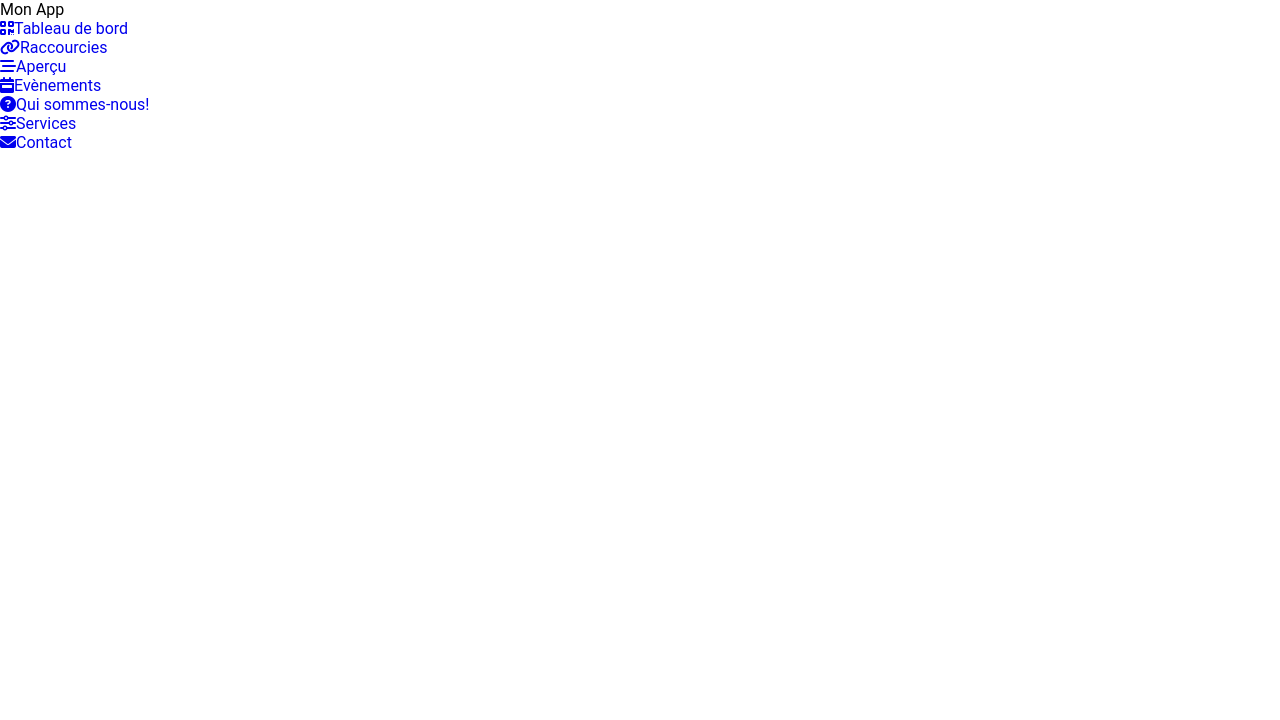
Repository: Alex-Serky/Dossier-Nav
Page: Nav-Sidebar/index.html
These files come from the project's save history. The page is drawn as it stood at one moment and after the next save; the edit follows.
The browser window is 1280 px wide. The pictures show the whole page.
Some web libraries are served in a nearby version.

Above is the page before, as saved 2020-02-21 09:14:42.

### Nav-Sidebar/index.html
<!DOCTYPE html>
<html lang="en">

<head>
    <meta charset="UTF-8">
    <meta name="viewport" content="width=device-width, initial-scale=1.0">
    <meta http-equiv="X-UA-Compatible" content="ie=edge">
    <link rel="stylesheet" href="style.css">
    <script src="https://kit.fontawesome.com/a076d05399.js"></script>
    <title>Menu design</title>
</head>

<body>
    <div class="sidebar">
        <header>Mon App</header>
        <ul>
            <li><a href="#"><i class="fas fa-qrcode"></i>Tableau de bord</a></li>
            <li><a href="#"><i class="fas fa-link"></i>Raccourcies</a></li>
            <li><a href="#"><i class="fas fa-stream"></i>Aperçu</a></li>
            <li><a href="#"><i class="fas fa-calendar-week"></i>Evènements</a></li>
            <li><a href="#"><i class="fas fa-question-circle"></i>Qui sommes-nous!</a></li>
            <li><a href="#"><i class="fas fa-sliders-h"></i>Services</a></li>
            <li><a href="#"><i class="fas fa-envelope"></i>Contact</a></li>
        </ul>
    </div>
</body>

</html>

### Nav-Sidebar/style.css
@import url('https://fonts.googleapis.com/');

body {
  font-family: 'Roboto', sans-serif;
}

* {
  margin: 0;
  padding: 0%;
  list-style: none;
  text-decoration: none;
}

After the next save:
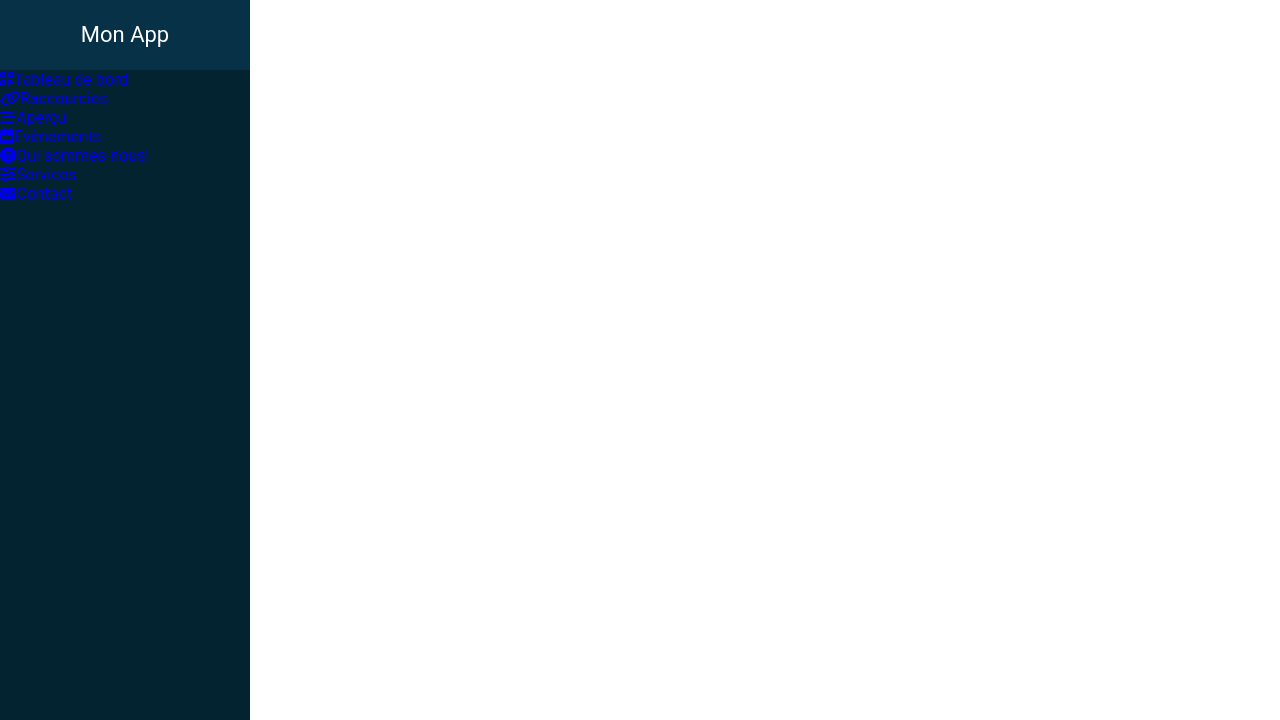
Saved 5 min 16 s later.
--- a/Nav-Sidebar/style.css
+++ b/Nav-Sidebar/style.css
@@ -10,3 +10,19 @@ body {
   list-style: none;
   text-decoration: none;
 }
+
+.sidebar {
+  position: fixed;
+  left: 0;
+  width: 250px;
+  height: 100%;
+  background: #042331;
+}
+
+.sidebar header {
+  font-size: 22px;
+  color: white;
+  text-align: center;
+  line-height: 70px;
+  background: #063146;
+}
